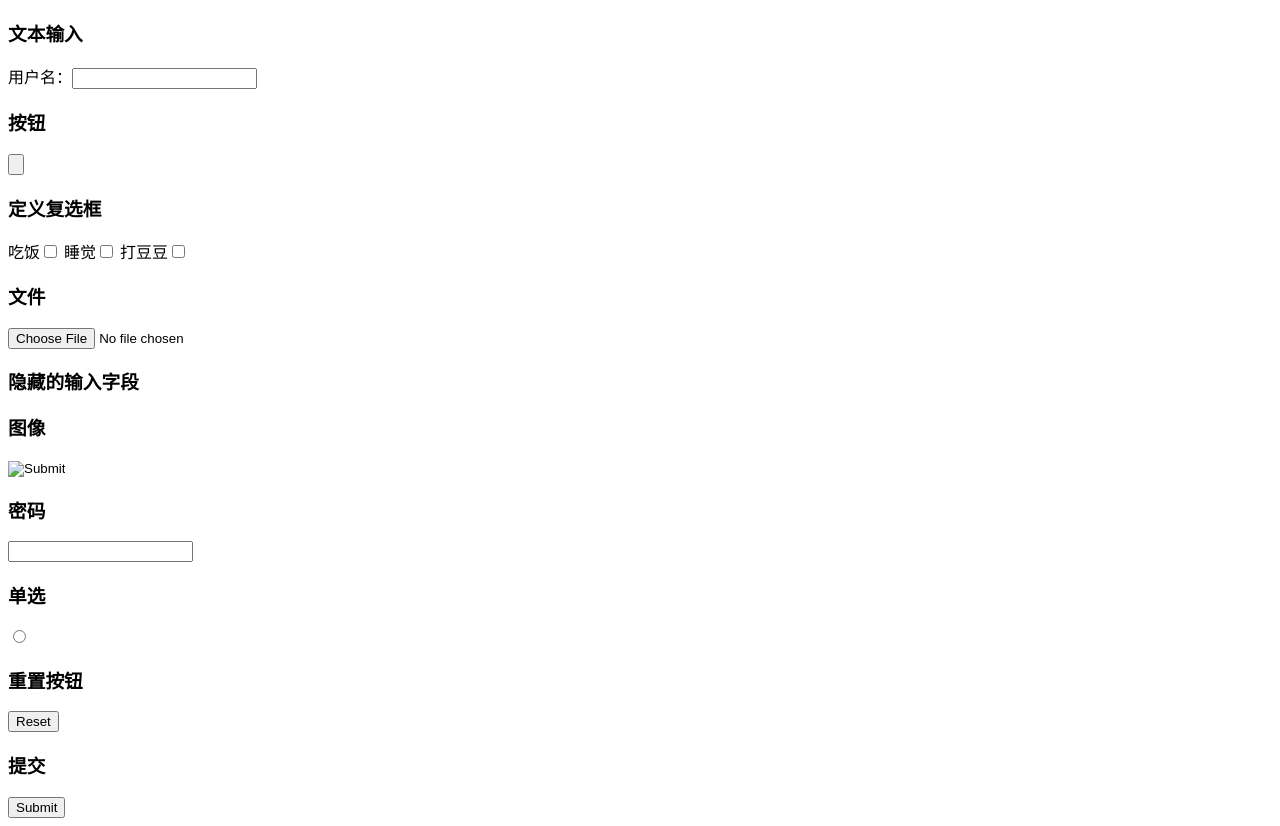
Repository: TheBestBadGuy0228/code
Page: day2_表单.html
An editor plug-in stored every save of this project. The page is shown before and after the next save, followed by the edit.
The browser window is 1280 px wide. The pictures show the whole page.

Above is the page before, as saved 2021-06-23 16:45:10.

### day2_表单.html
<!-- /*
 * @Author: 风车车的表哥
 * @Date: 2021-06-23 16:22:45
 * @Last Modified by:   风车车的表哥
 * @Last Modified time: 2021-06-23 16:22:45
 */ -->
<!DOCTYPE html>
<html lang="zh-CN">

<head>
    <meta charset="UTF-8">
    <meta http-equiv="X-UA-Compatible" content="IE=edge">
    <meta name="viewport" content="width=device-width, initial-scale=1.0">
    <title>表单</title>
</head>

<body>
    <form action="#" method="POST" name="test">
        <h3>文本输入</h3>
        用户名：<input type="text" />
        <h3>按钮</h3>
        <input type="button" />
        <h3>定义复选框</h3>
        吃饭<input type="checkbox" />
        睡觉<input type="checkbox" />
        打豆豆<input type="checkbox" />
        <h3>文件</h3>
        <input type="file" />
        <h3>隐藏的输入字段</h3>
        <input type="hidden" />
        <h3>图像</h3>
        <input type="image" />
        <h3>密码</h3>
        <input type="password" />
        <h3>单选</h3>
        <input type="radio" />
        <h3>重置按钮</h3>
        <input type="reset" />
        <h3>提交</h3>
        <input type="submit" />


    </form>
</body>

</html>

After the next save:
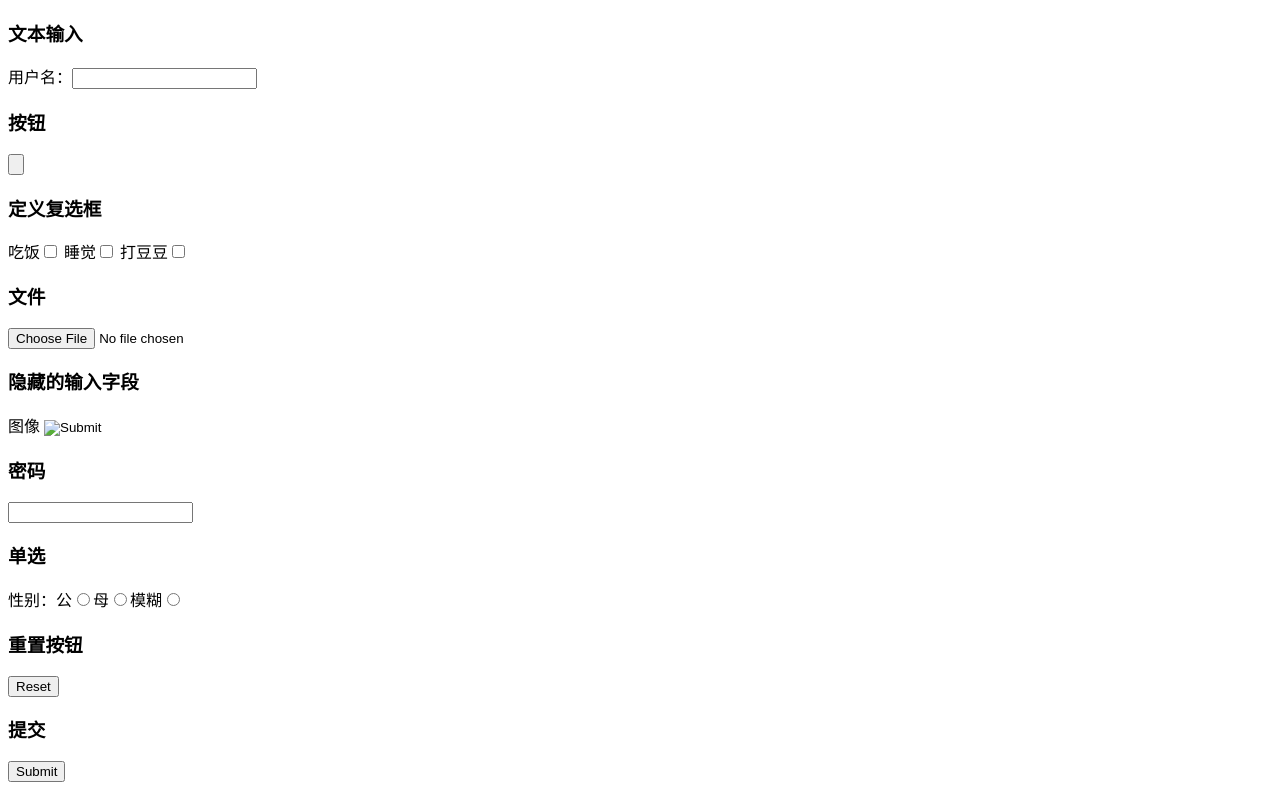
Saved 3 min 42 s later.
--- a/day2_表单.html
+++ b/day2_表单.html
@@ -17,27 +17,27 @@
 <body>
     <form action="#" method="POST" name="test">
         <h3>文本输入</h3>
-        用户名：<input type="text" />
+        用户名：<input type="text" >
         <h3>按钮</h3>
-        <input type="button" />
+        <input type="button" >
         <h3>定义复选框</h3>
-        吃饭<input type="checkbox" />
-        睡觉<input type="checkbox" />
-        打豆豆<input type="checkbox" />
+        吃饭<input type="checkbox" name="like">
+        睡觉<input type="checkbox" name="like">
+        打豆豆<input type="checkbox" name="like">
         <h3>文件</h3>
-        <input type="file" />
+        <input type="file" >
         <h3>隐藏的输入字段</h3>
-        <input type="hidden" />
+        <input type="hidden" /
         <h3>图像</h3>
-        <input type="image" />
+        <input type="image" >
         <h3>密码</h3>
-        <input type="password" />
+        <input type="password" >
         <h3>单选</h3>
-        <input type="radio" />
+        性别：公<input type="radio" name="sex">母<input type="radio" name="sex">模糊<input type="radio" name="sex">
         <h3>重置按钮</h3>
-        <input type="reset" />
+        <input type="reset" >
         <h3>提交</h3>
-        <input type="submit" />
+        <input type="submit" >
 
 
     </form>
